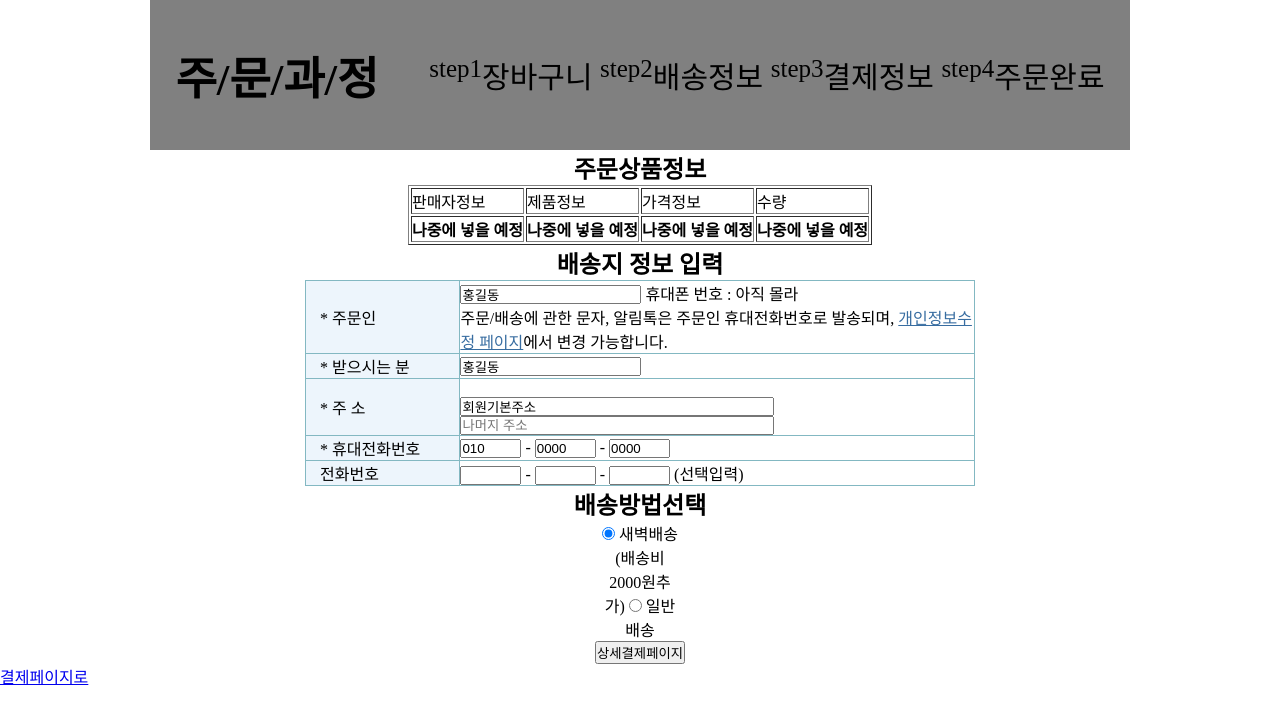
Repository: kym-1000/book
Page: http://localhost/book/WEB-INF/views/cart/ShippingInformation.jsp
The author's editor kept a copy of each file at every save. The page is drawn from the files as they stood at one save, then again after the next save.
The browser window is 1280 px wide. The pictures show the whole page.
The page is served by Tomcat 9. Nobody is signed in. The template is opened directly, without the code that normally fills it, so the values that code supplies are empty.

Above is the page before, as saved 2023-01-02 04:16:30.

After the next save:
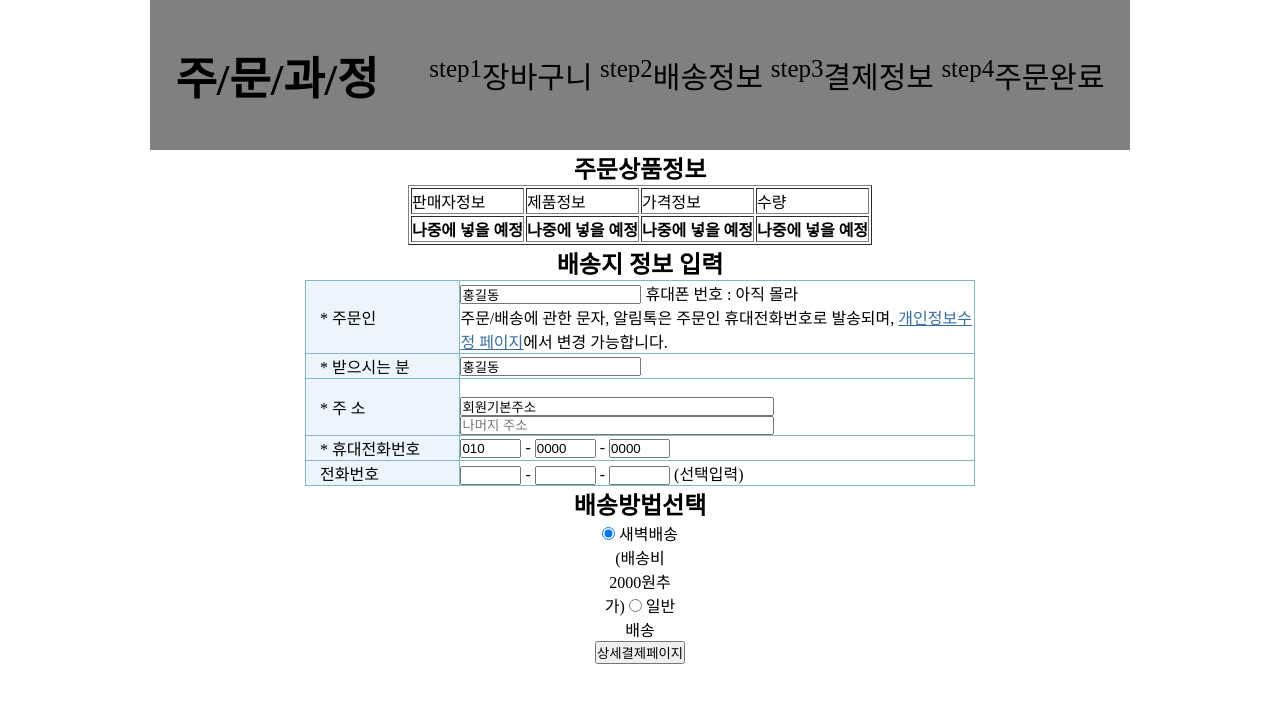
Saved 44 min 14 s later.
--- a/book/book/src/main/webapp/WEB-INF/views/cart/ShippingInformation.jsp
+++ b/book/book/src/main/webapp/WEB-INF/views/cart/ShippingInformation.jsp
@@ -169,7 +169,7 @@
 
 		</form>
 
-		<a  href="/cart/pay.jsp">결제페이지로</a>
+
 
 </body>
 </html>
